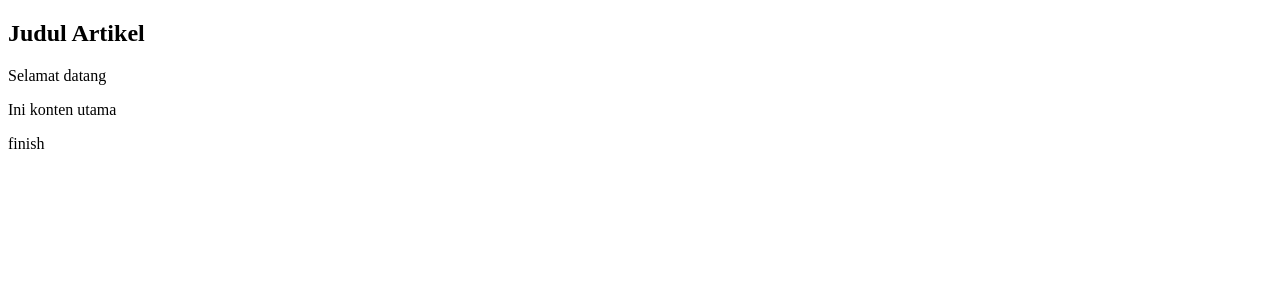
Repository: esramrsln/day2_RevoU
Page: layout.html
The author's editor kept a copy of each file at every save. The page is drawn from the files as they stood at one save, then again after a run of saves.
The browser window is 1280 px wide. The pictures show the whole page.

Above is the page before, as saved 2024-07-23 21:54:28.

After the next 3 saves:
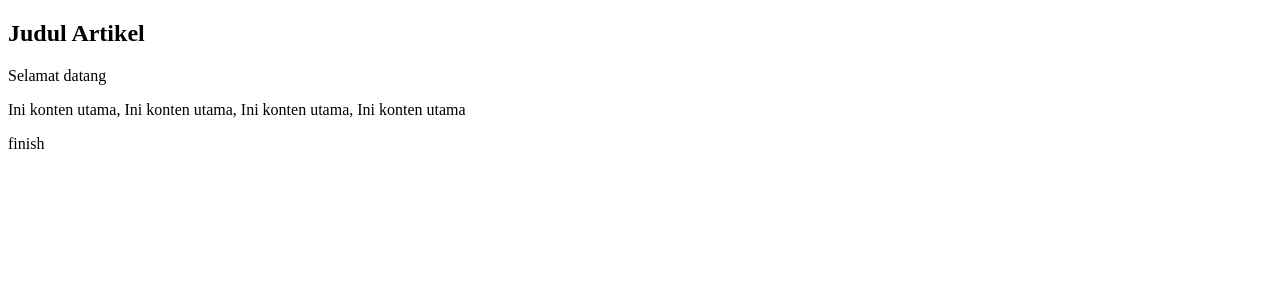
The 3 saves are shown as one change because they came seconds apart.
The last was saved 18 s later.
--- a/layout.html
+++ b/layout.html
@@ -11,7 +11,7 @@
             <p>Selamat datang</p>
         </header>
         <main>
-            <p>Ini konten utama</p>
+            <p>Ini konten utama, Ini konten utama, Ini konten utama, Ini konten utama</p>
         </main>
         <footer>
             <p>finish</p>
